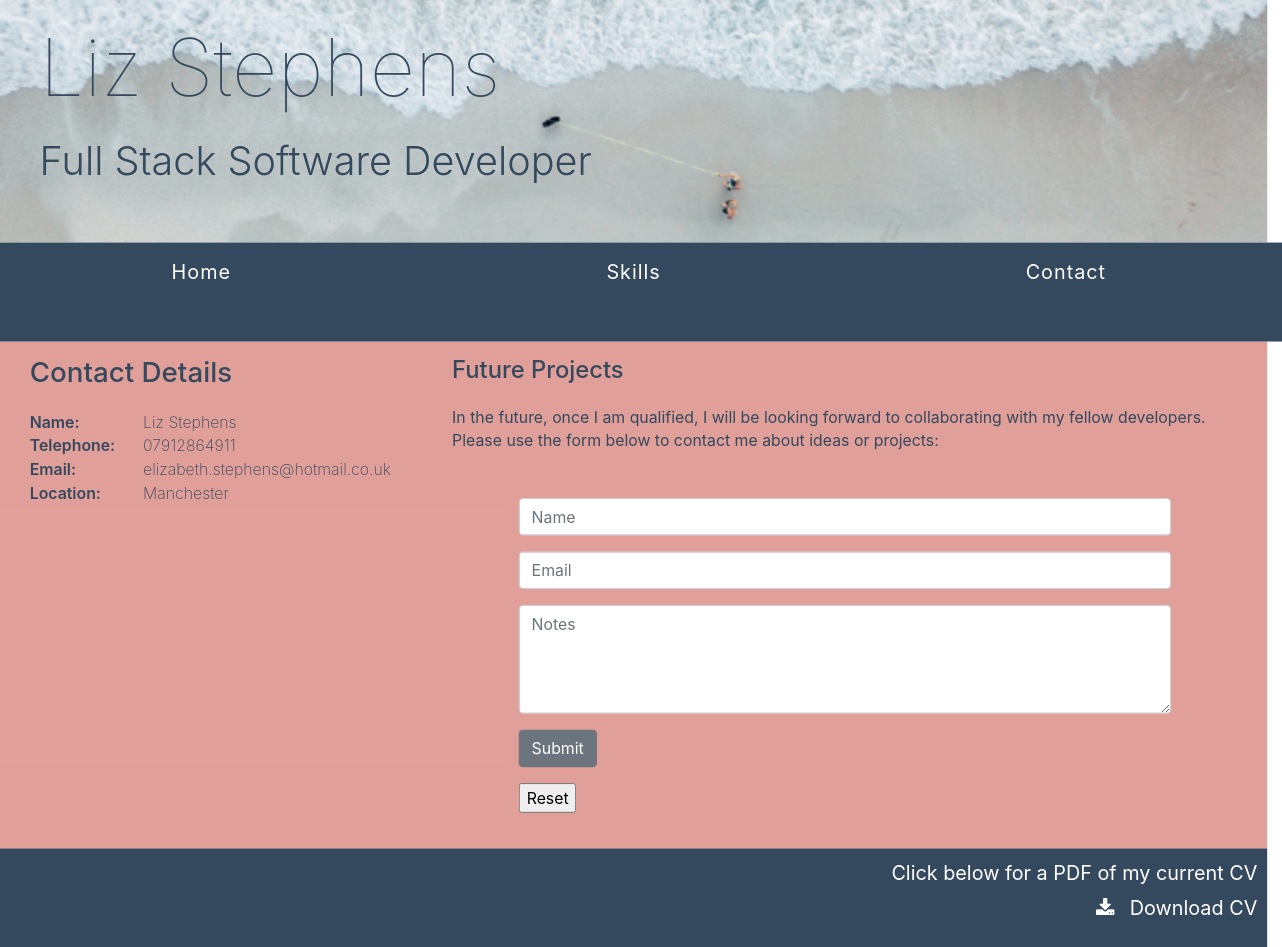
Repository: Liz94688/portfolio-site
Page: contact.html
The author's editor kept a record of every edit. The page is drawn from the files as they stood at one moment, then again after the next edit.
The browser window is 1280 px wide. The page is 1295 px wide, so the pictures cover 1295 px, including what lies to the right of the window. The pictures show the whole page, at 99% of full size.

Above is the page before.

After the next edit:
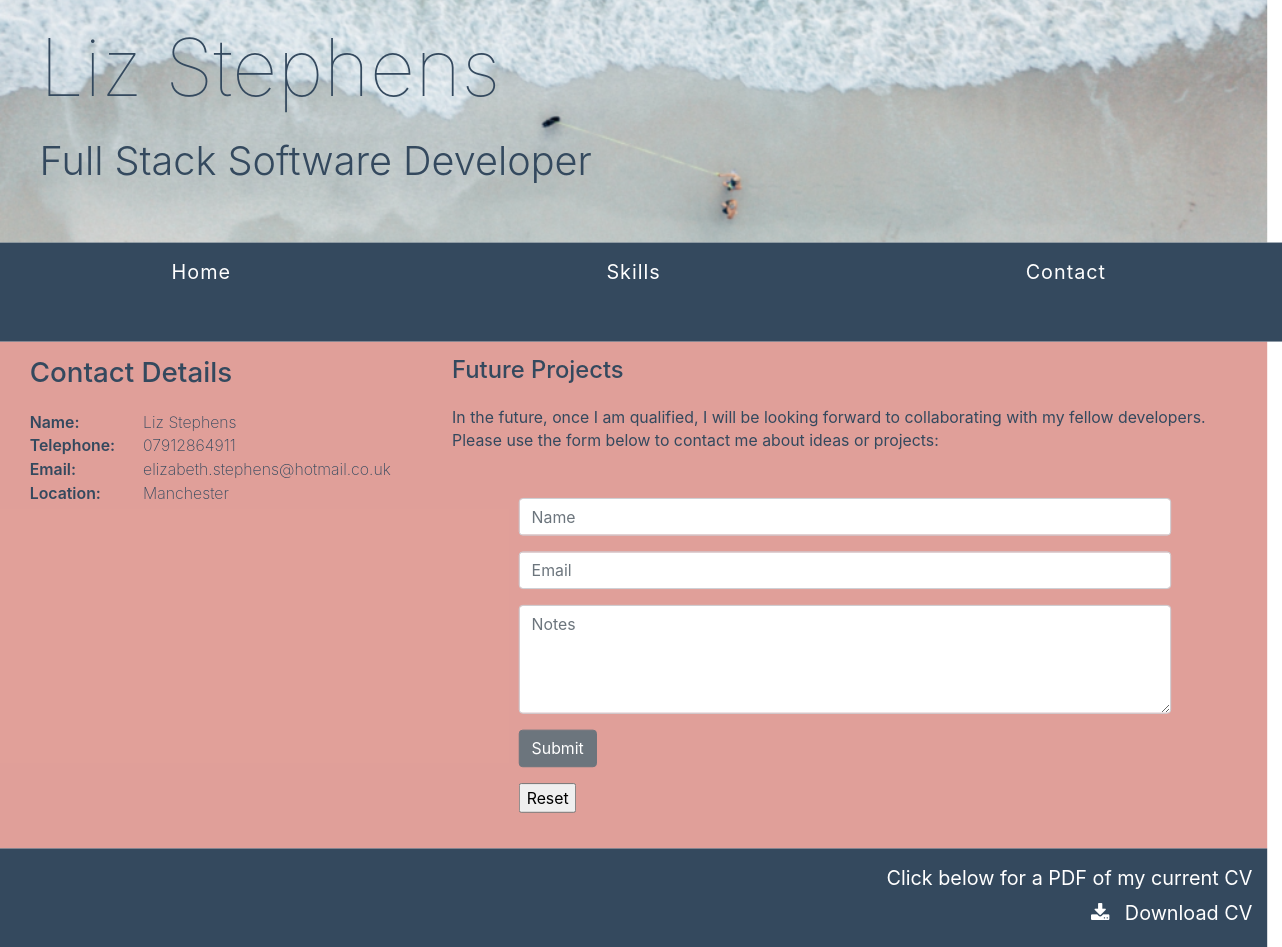
The edit:
--- a/assets/css/style.css
+++ b/assets/css/style.css
@@ -370,7 +370,7 @@
     .footer-nav-item {
         height: 100px;
         text-align: right;
-        padding: 10px 10px;
+        padding: 15px 15px;
         color: #fff;
         font-size: 20px;
         font-weight: 400;
